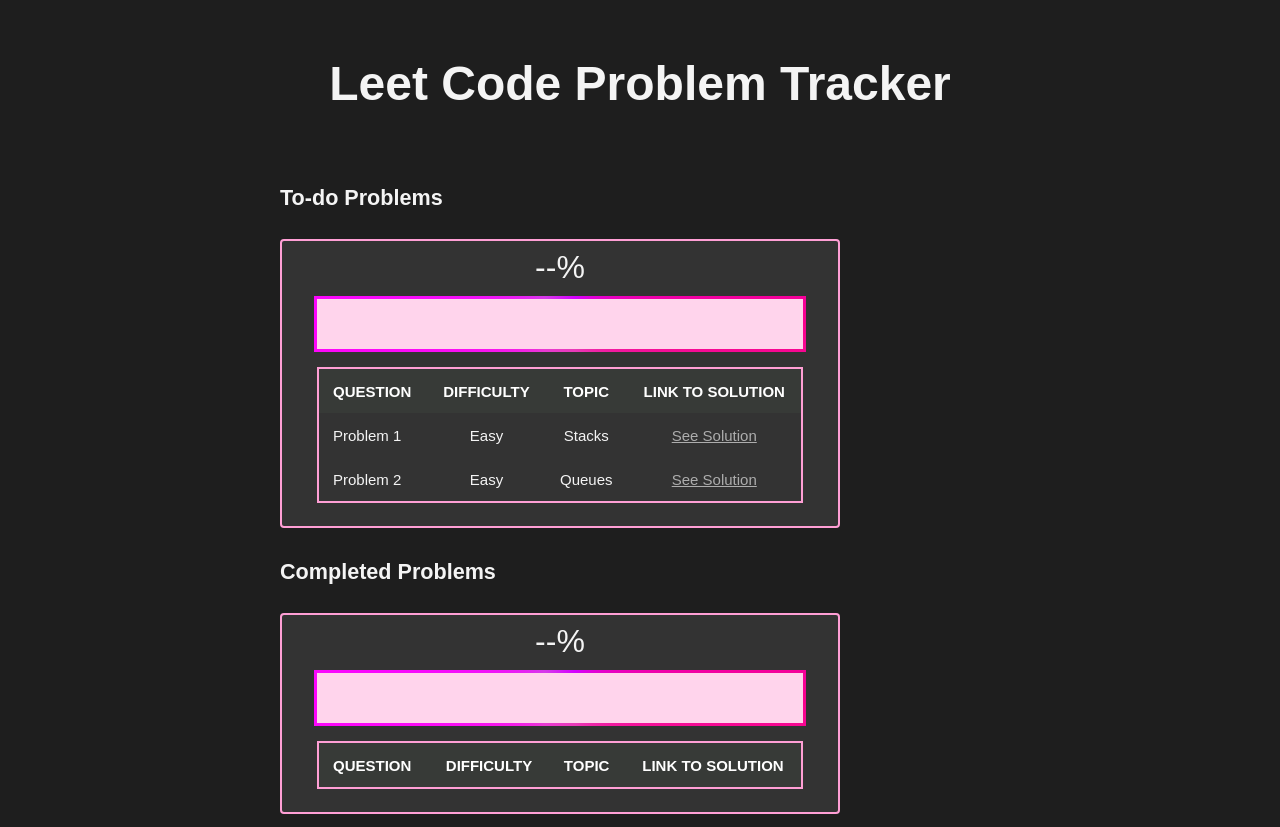
Repository: bbrockbrown/leet-code-tracker
Page: index.html
An editor plug-in stored every save of this project. The page is shown before and after the next save, followed by the edit.
The browser window is 1280 px wide. The pictures show the whole page.

Above is the page before, as saved 2024-07-28 17:43:05.

After the next save:
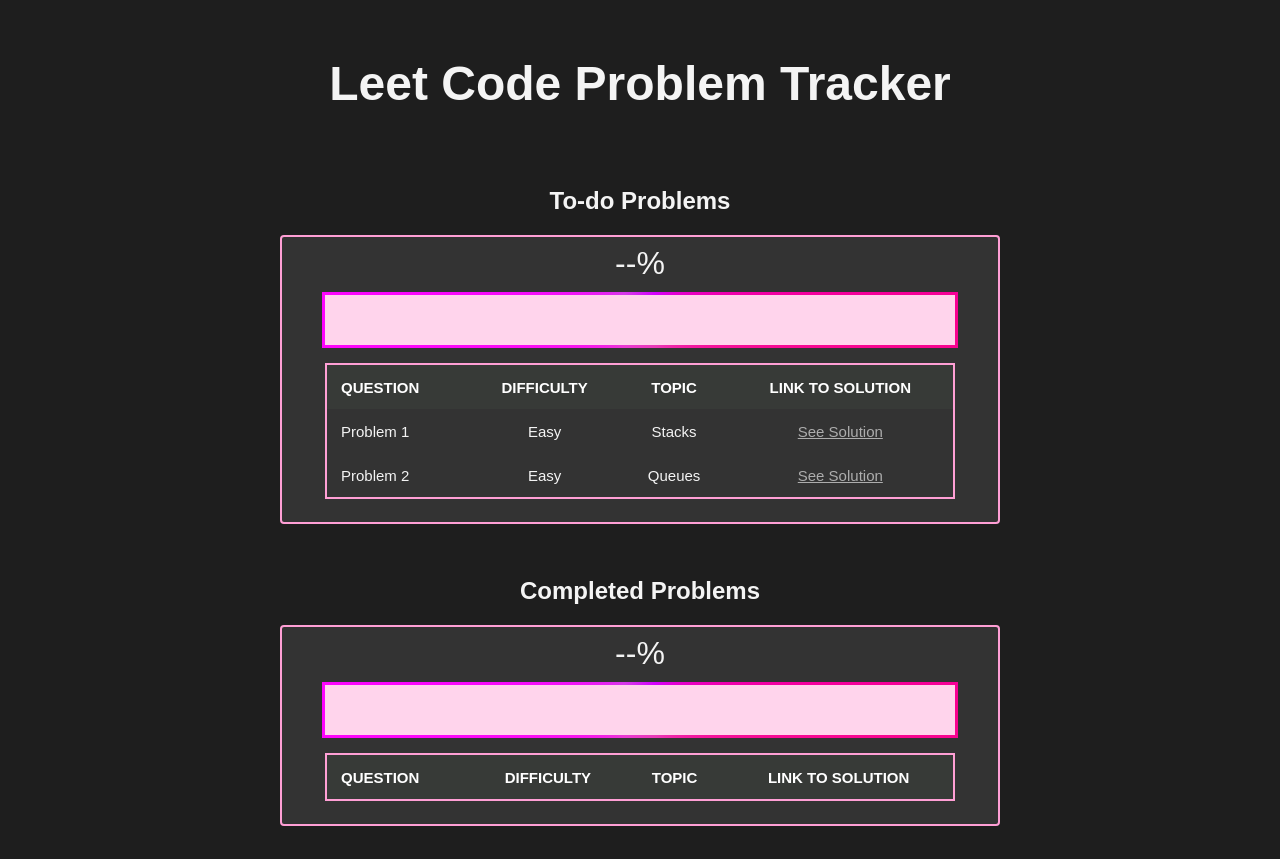
Saved 39 s later.
--- a/styles.css
+++ b/styles.css
@@ -58,6 +58,18 @@ body {
     align-items: flex-start;
     justify-content: space-evenly;
     height: 100%;
+}
+
+.tracking-box {
+    width: 100%;
+    text-align: center;
+    margin-bottom: 20px;
+}
+
+.tracking-title {
+    font-size: 24px;
+    margin-bottom: 10px;
+    color: #f4f4f4;
 }
 
 .todo-tracking, .completed-tracking {
